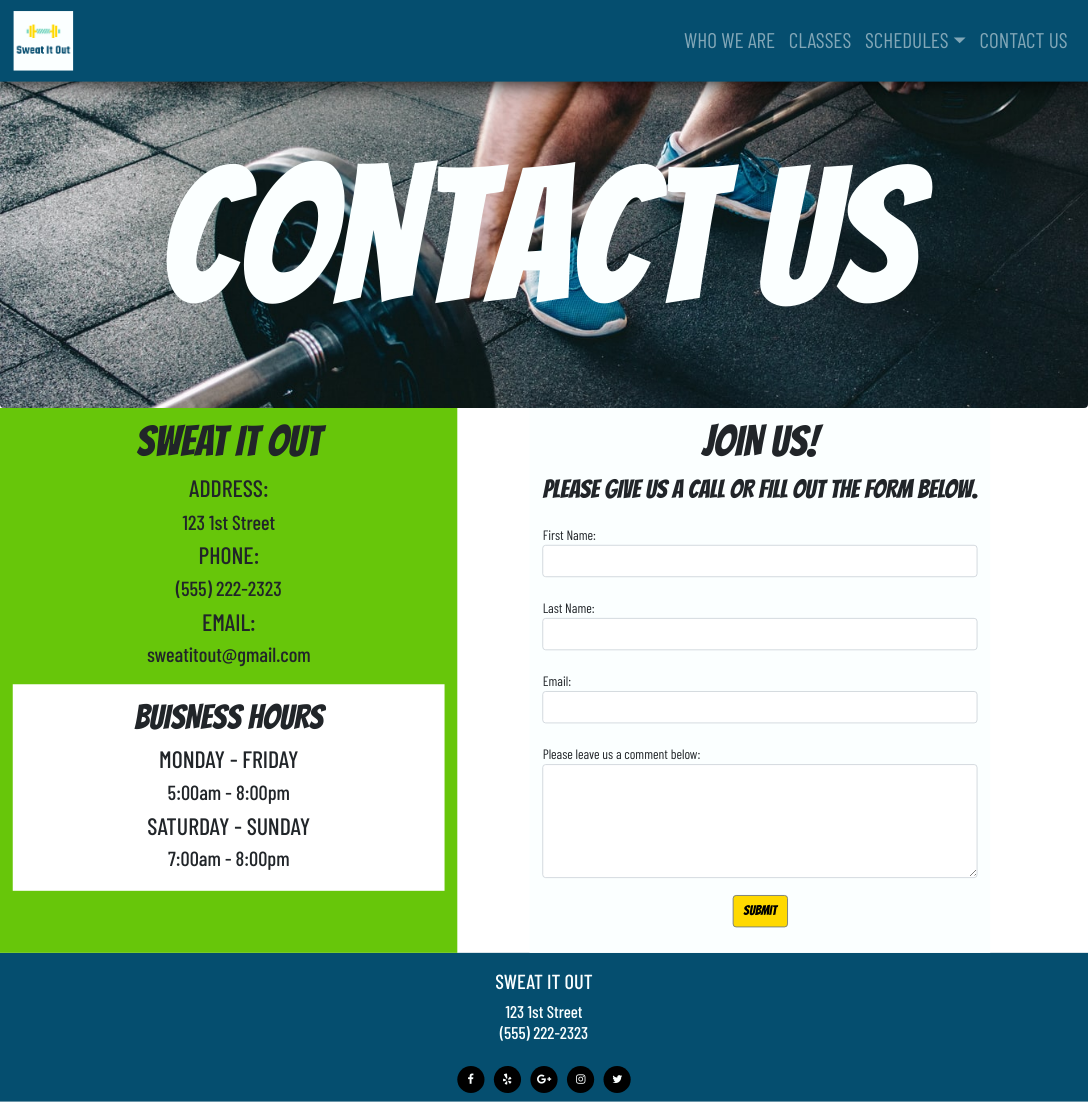
Repository: amybru/sweatitout
Page: contact.html
The author's editor kept a record of every edit. The page is drawn from the files as they stood at one moment, then again after the next edit.
The browser window is 1280 px wide. The pictures show the whole page, at 85% of full size.
Some web fonts or font styles are not loaded; a fallback is used. Some web libraries are served in a nearby version.

Above is the page before.

After the next edit:
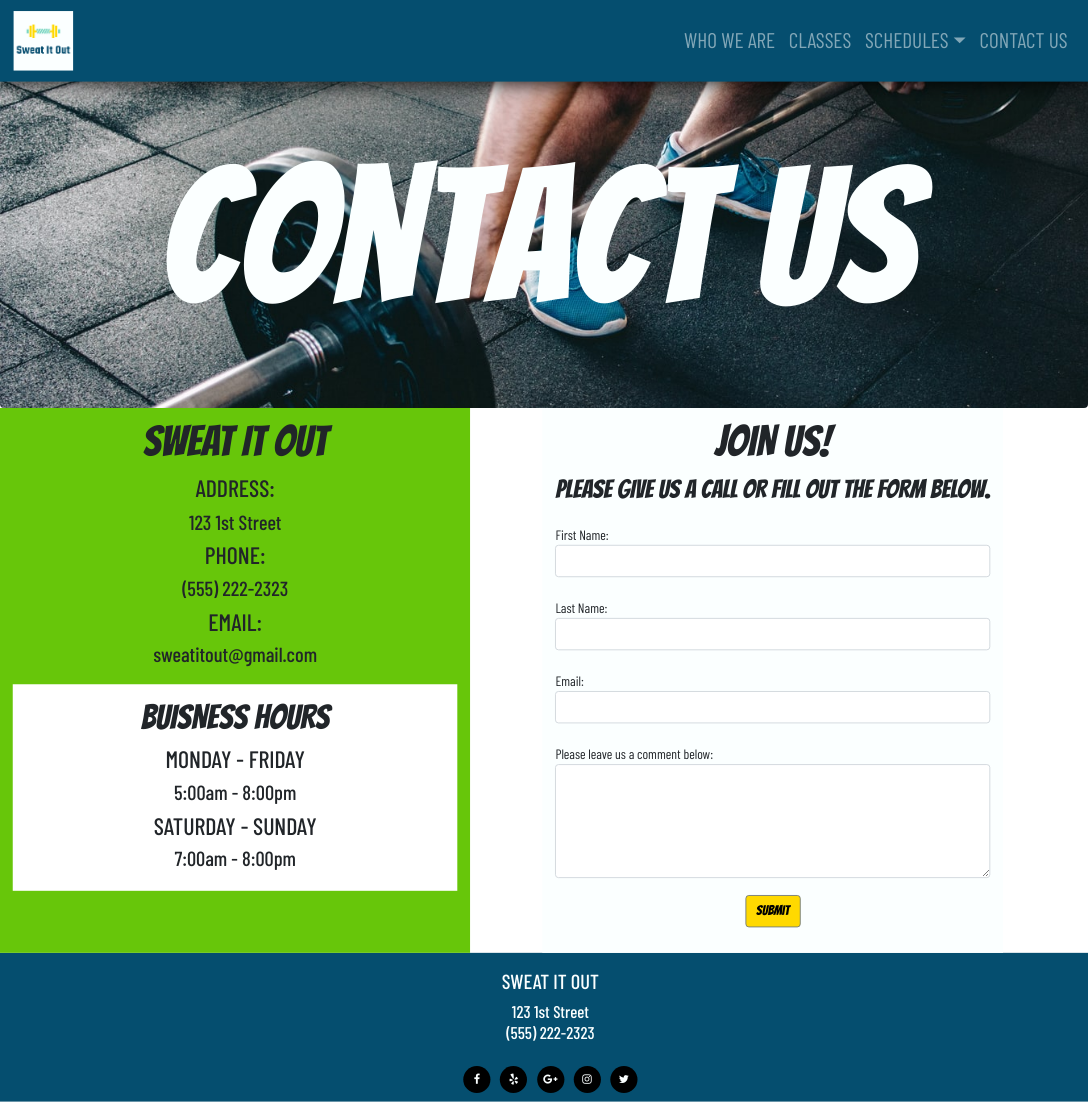
The edit:
--- a/css/style.css
+++ b/css/style.css
@@ -569,6 +569,7 @@
 .container-fluid {
     width: 100%;
     padding-left: 15px;
+    padding-right: 0;
     margin-right: auto;
     margin-left: auto;
 }
